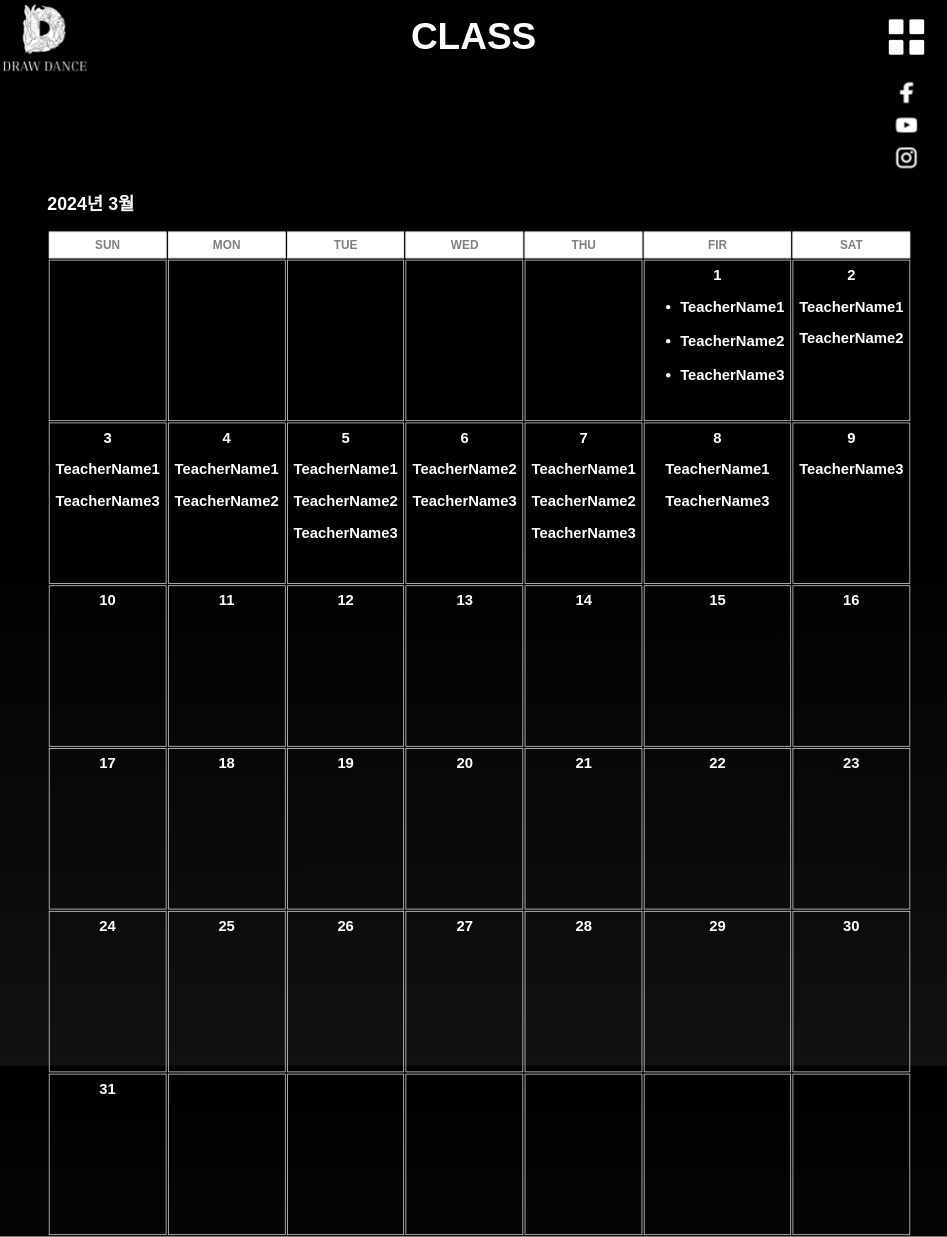
Repository: seonghun9906/semiProject
Page: http://localhost/drawAcademy/WEB-INF/views/Class/classpage.jsp
An editor plug-in stored every save of this project. The page is shown before and after the next save, followed by the edit.
The browser window is 1280 px wide. The pictures show the whole page, at 74% of full size.
The page is served by Tomcat 9. Nobody is signed in. The template is opened directly, without the code that normally fills it, so the values that code supplies are empty.

Above is the page before, as saved 2024-02-28 02:32:41.

After the next save:
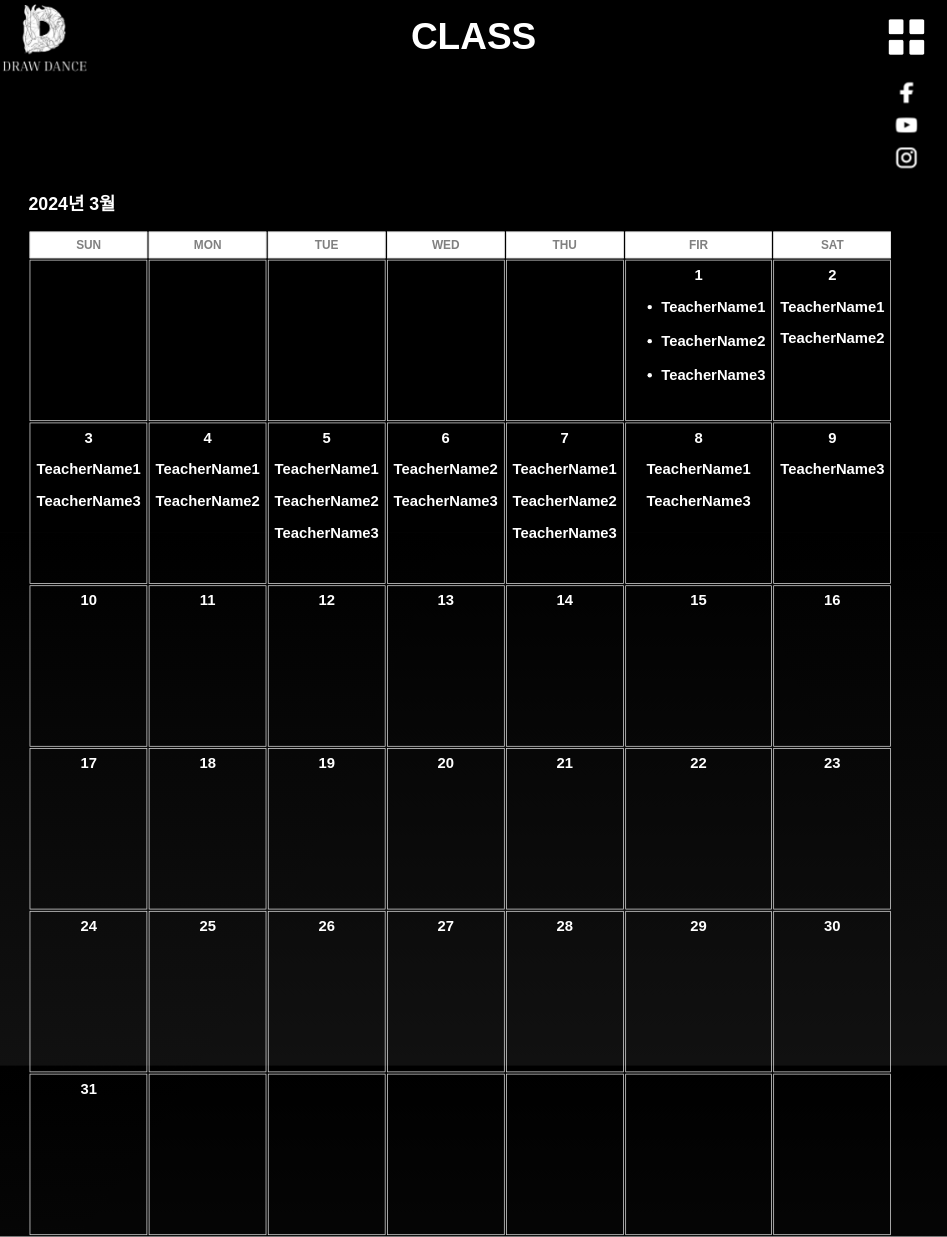
Saved 10 s later.
--- a/drawAcademy/src/main/webapp/resources/css/classpage.css
+++ b/drawAcademy/src/main/webapp/resources/css/classpage.css
@@ -20,7 +20,7 @@
          border-collapse: collapse;
          color : white;
          margin-top : 20%;
-         margin-left : 5%;
+         margin-left : 3%;
         }
 
         th, td {

After the save that followed:
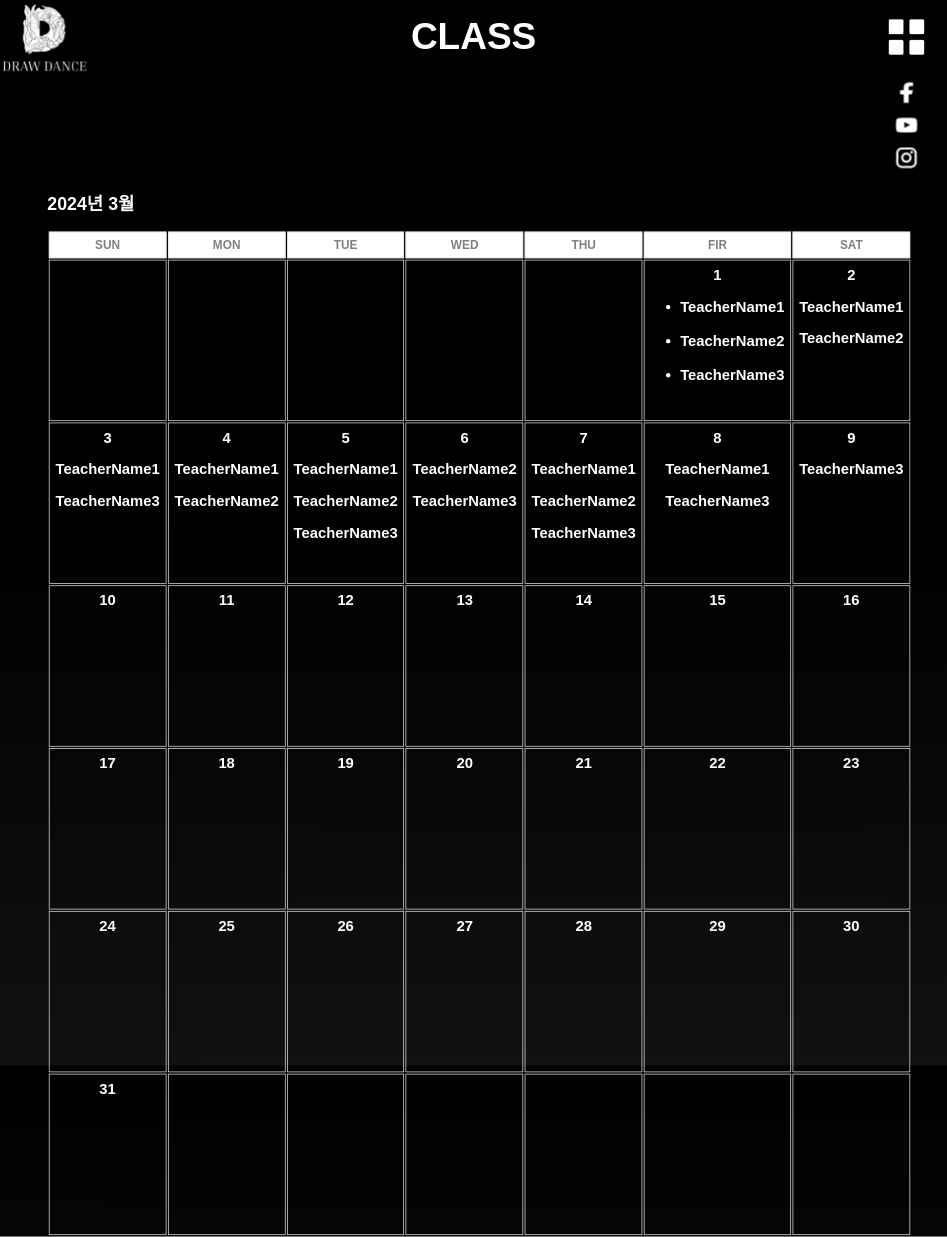
Saved 5 s later.
--- a/drawAcademy/src/main/webapp/resources/css/classpage.css
+++ b/drawAcademy/src/main/webapp/resources/css/classpage.css
@@ -20,7 +20,7 @@
          border-collapse: collapse;
          color : white;
          margin-top : 20%;
-         margin-left : 3%;
+         margin-left : 5%;
         }
 
         th, td {
